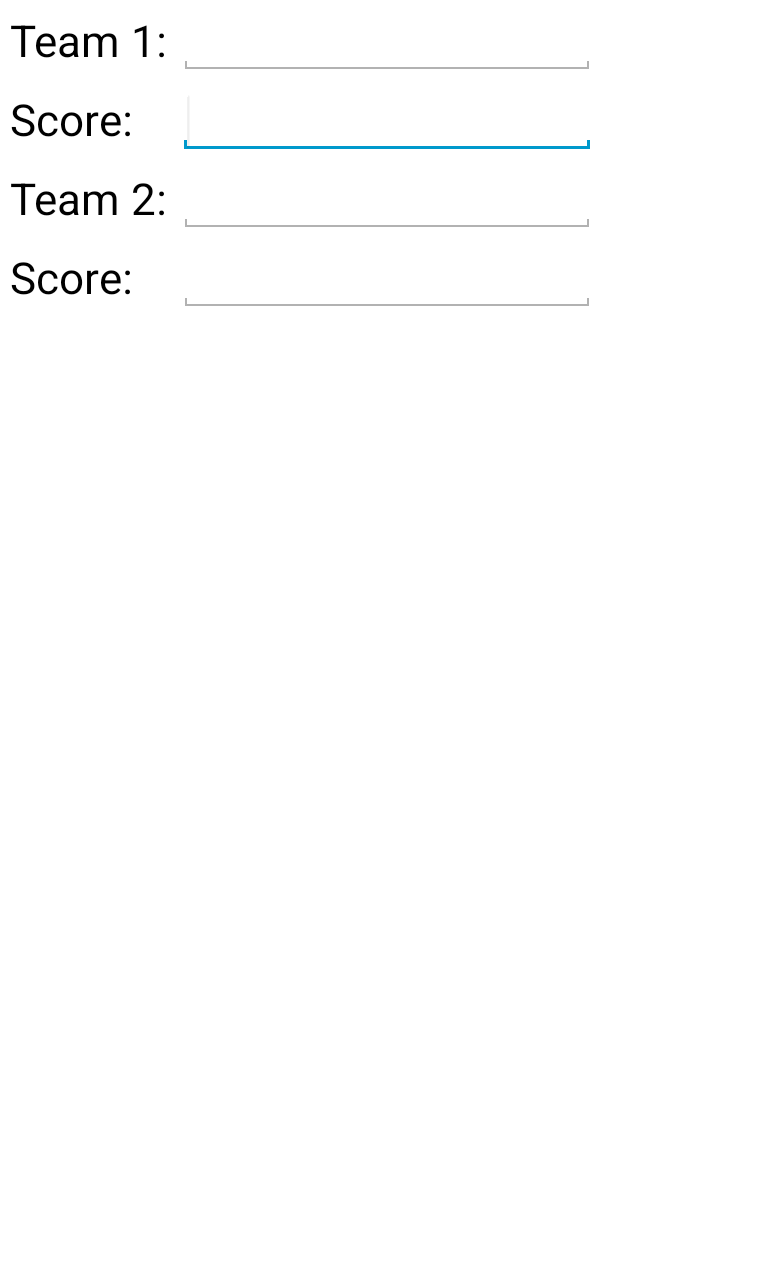
Repository: shervinshaikh/Android
Layout: NBAScoreTracker/res/layout/fragment_scores.xml
The author's editor kept a copy of each file at every save. The layout is drawn from the files as they stood at one save, then again after the next save.
It is drawn on a 768 x 1280 px phone screen (xhdpi) without system bars, with theme AppTheme; the app's code is not run.

Above is the layout before, as saved 2013-04-27 22:28:34.

After the next save:
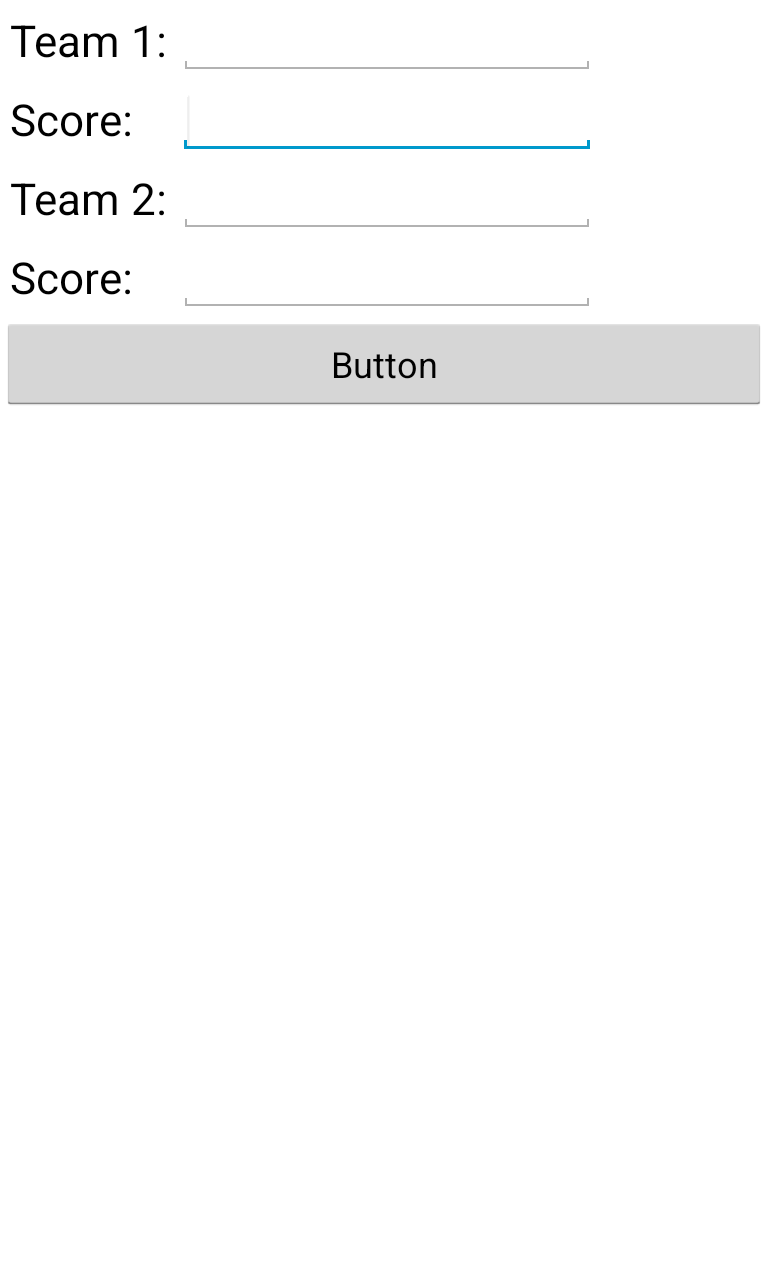
Saved 24 s later.
--- a/NBAScoreTracker/res/layout/fragment_scores.xml
+++ b/NBAScoreTracker/res/layout/fragment_scores.xml
@@ -94,4 +94,11 @@
 
     </TableRow>
 
+    <Button
+        android:id="@+id/button1"
+        android:layout_width="wrap_content"
+        android:layout_height="wrap_content"
+        android:text="Button"
+        android:padding="10dip" />
+
 </TableLayout>
